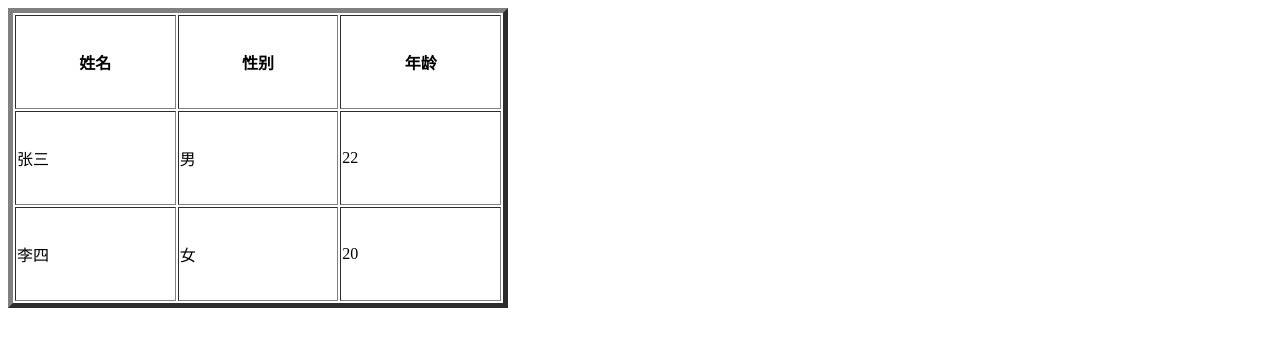
Repository: ls02/VSCode
Page: Java/2022/6-28-1/Test.html
The author's editor kept a copy of each file at every save. The page is drawn from the files as they stood at one save, then again after the next save.
The browser window is 1280 px wide. The pictures show the whole page.

Above is the page before, as saved 2022-06-28 18:14:57.

### Java/2022/6-28-1/Test.html
<!--
 * @Author: ls02 <2877455773@qq.com>
 * @Date: 2022-06-28 16:01:52
 * @LastEditors: ls02 <2877455773@qq.com>
 * @LastEditTime: 2022-06-28 18:14:12
 * @FilePath: \Java\2022\6-28-1\Test.html
 * @Description:
 *
 * Copyright (c) 2022 by ${ls02 <2877455773@qq.com>}, All Rights Reserved.
-->
<!DOCTYPE html>
<html lang="en">
<head>
    <meta charset="UTF-8">
    <meta http-equiv="X-UA-Compatible" content="IE=edge">
    <meta name="viewport" content="width=device-width, initial-scale=1.0">
    <title>我的标题</title>
</head>
<body>
    <!-- <a href="https://www.baidu.com" target="_blank">这是一个超链接</a> -->
    <table width="500px" height="300px" border="5px">
        <tr>
            <th>姓名</th>
            <th>性别</th>
            <th>年龄</th>
        </tr>
        <tr>
            <td>张三</td>
            <td>男</td>
            <td>22</td>
        </tr>
        <tr>
            <td>李四</td>
            <td>女</td>
            <td>20</td>
        </tr>
    </table>
</body>
</html>

After the next save:
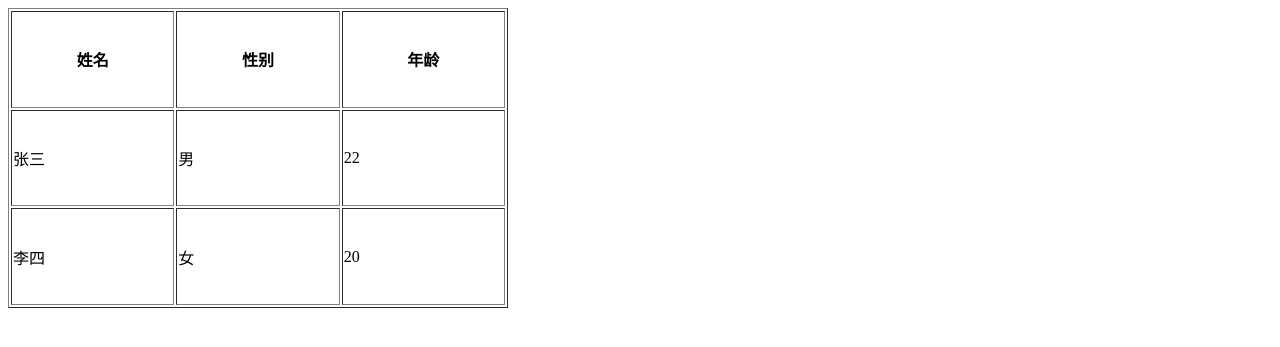
Saved 15 s later.
--- a/Java/2022/6-28-1/Test.html
+++ b/Java/2022/6-28-1/Test.html
@@ -18,7 +18,7 @@
 </head>
 <body>
     <!-- <a href="https://www.baidu.com" target="_blank">这是一个超链接</a> -->
-    <table width="500px" height="300px" border="5px">
+    <table width="500px" height="300px" border="1px">
         <tr>
             <th>姓名</th>
             <th>性别</th>
